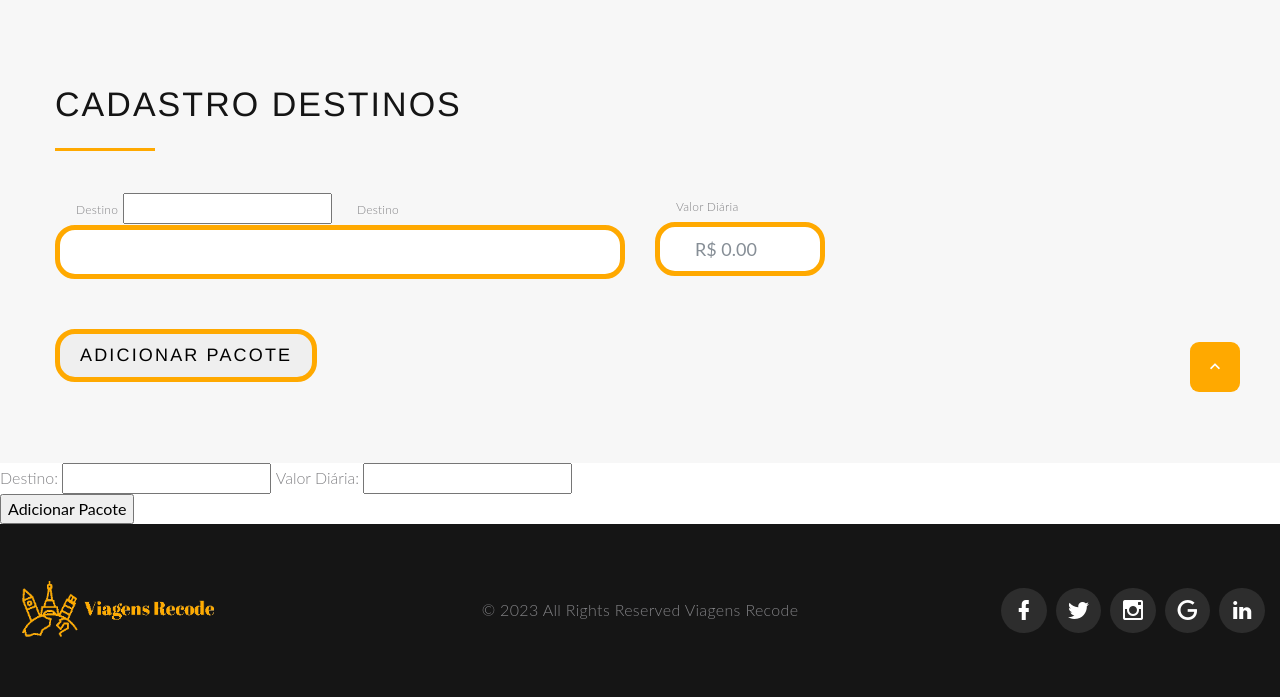
Repository: LiraS23/RecodePro2023-Modulo-4
Page: java/Modulo4/src/main/webapp/destinos.html
An editor plug-in stored every save of this project. The page is shown before and after a run of saves, followed by the edit.
The browser window is 1280 px wide. The pictures show the part of the page from y = 388 to 1089 px (the page is 1085 px tall before and 1089 px after).
Some web fonts or font styles are not loaded; a fallback is used.

Above is the page before, as saved 2023-10-28 16:24:57.

### java/Modulo4/src/main/webapp/destinos.html
<!DOCTYPE html>
<html lang="pt-br">

<head>
	<meta charset="UTF-8">
	<meta name="viewport" content="width=device-width, initial-scale=1.0">
	<title>Destinos</title>
	<link rel="icon" href="assets/images/favicon.ico" type="image/x-icon">
	<!-- Stylesheets -->
	<link rel="stylesheet" type="text/css"
		href="assets/fonts.googleapis.com/css?family=Oswald:200,400%7CLato:300,400,300italic,700%7CMontserrat:900">
	<link rel="stylesheet" href="assets/css/bootstrap.css">
	<link rel="stylesheet" href="assets/css/style.css">
	<link rel="stylesheet" href="assets/css/fonts.css">
</head>

<body>
	<div class="page">
		<header class="section page-header breadcrumbs-custom-wrap bg-gradient bg-secondary-2 novi-background bg-cover">
			<!-- RD Navbar-->
			<div class="rd-navbar-wrap rd-navbar-default">
				<nav class="rd-navbar rd-navbar-expand-lg rd-navbar-light custom-navbar" style="z-index: 1000;"
					data-layout="rd-navbar-fixed" data-sm-layout="rd-navbar-fixed" data-md-layout="rd-navbar-fixed"
					data-md-device-layout="rd-navbar-fixed" data-lg-layout="rd-navbar-fullwidth"
					data-xl-layout="rd-navbar-static" data-lg-device-layout="rd-navbar-fixed"
					data-xl-device-layout="rd-navbar-static" data-md-stick-up-offset="2px" data-lg-stick-up-offset="2px"
					data-stick-up="true" data-sm-stick-up="true" data-md-stick-up="true" data-lg-stick-up="true"
					data-xl-stick-up="true">
					<div class="rd-navbar-inner">
						<!-- RD Navbar Panel-->
						<div class="rd-navbar-panel">
							<!-- RD Navbar Toggle-->
							<button class="rd-navbar-toggle"
								data-rd-navbar-toggle=".rd-navbar-nav-wrap"><span></span></button>
							<!-- RD Navbar Brand-->
							<div class="rd-navbar-brand"><a class="brand-name" href="index.html"><img
										class="logo-default" src="assets/images/logo-default-208x46.png" alt=""
										width="208" height="46" /><img class="logo-inverse"
										src="assets/images/logo-inverse-208x46.png" alt="" width="208"
										height="46" /></a></div>
						</div>
						<div class="rd-navbar-aside-right">
							<div class="rd-navbar-nav-wrap">
								<!-- RD Navbar Nav-->
								<ul class="rd-navbar-nav">
									<li><a href="index.html">Home</a>
									</li>
									<li class="active"><a href="destinos.html">Destinos</a>
									</li>
									<li><a href="promocoes.html">Promoções</a>
									</li>
									<li><a href="contato.html">Contato</a>
									</li>
									<li><a href="cliente.html">Cliente</a>
									</li>
								</ul>
							</div>
						</div>
						<div class="rd-navbar-aside-right"><a class="button button-sm button-secondary button-nina"
								href="pedidos.html">Reserve um passeio agora</a></div>
					</div>
				</nav>
			</div>
			<!-- Breadcrumbs-->
			<section class="breadcrumbs-custom"
				style="background: url(&quot;https://png.pngtree.com/thumb_back/fw800/back_pic/03/93/99/8257e7bbd63b3ff.jpg&quot;); background-size: cover;">
				<div class="container">
					<p class="breadcrumbs-custom-subtitle">Encontre seu proximo destino!</p>
					<p class="heading-1 breadcrumbs-custom-title">Destinos</p>
				</div>
			</section>
		</header>

		<!-- Cadastro destinos-->
		<section class="section section-wrap bg-gray-lighter novi-background bg-cover">
			<div class="section-wrap-inner">
				<div class="container container-bigger">
					<div class="row">
						<div class="col">
							<div class="section section-lg">
								<h3>Cadastro destinos</h3>
								<hr class="divider divider-left divider-secondary">
								<!-- RD Mailform-->
								<form class="rd-mailform" data-form-output="form-output-global"
									data-form-type="cadastro" method="post" action="/Modulo4/MeuPacoteServlet">
									<input type="hidden" name="action" value="adicionar">
									<div class="row row-fix row-20">
										<div class="col-md-6">
											<div class="form-wrap form-wrap-validation">
												<label class="form-label-outside" for="destino">Destino</label>
												<input type="text" name="destino" required>
												<label class="form-label-outside" for="destino">Destino</label>
												<input class="form-control"
													style="border: 5px solid #FFA900; border-radius: 20px;" id="destino"
													type="text" name="destino" data-constraints="@Required" />
											</div>
										</div>
										<div class="col-md-2">
											<div class "form-wrap form-wrap-validation">
												<label class="form-label-outside" for="valorDiaria">Valor Diária</label>
												<input class="form-control"
													style="border: 5px solid #FFA900; border-radius: 20px;"
													id="valorDiaria" type="text" name="valorDiaria"
													data-constraints="@Required" placeholder="R$ 0.00" />
											</div>
										</div>
										<div class="col-sm-12 offset-custom-1">
											<div class="form-button">
												<input class="btn btn-secondary"
													style="border: 5px solid #FFA900; border-radius: 20px;"
													type="submit" value="Adicionar Pacote"></input>
											</div>
										</div>
									</div>
								</form>
							</div>
						</div>
					</div>
				</div>
			</div>
		</section>

		<form action="/Modulo4/MeuPacoteServlet" method="post">
			<input type="hidden" name="action" value="adicionar">
			<label for="destino">Destino:</label>
			<input type="text" name="destino" required>
			<label for="valorDiaria">Valor Diária:</label>
			<input type="text" name="valorDiaria" required><br>
			<input type="submit" value="Adicionar Pacote">
		</form>

		<!-- Footer Minimal-->
		<footer class="section page-footer page-footer-minimal novi-background bg-cover text-center bg-gray-darker">
			<div class="container container-wide">
				<div class="row row-fix justify-content-sm-center align-items-md-center row-30">
					<div class="col-md-10 col-lg-7 col-xl-4 text-xl-left"><a href="index.html"><img class="inverse-logo"
								src="assets/images/logo-inverse-208x46.png" alt="" width="208" height="46" /></a></div>
					<div class="col-md-10 col-lg-7 col-xl-4">
						<p class="right">&#169;&nbsp;<span class="copyright-year"></span> All Rights Reserved Viagens
							Recode
						</p>
					</div>
					<div class="col-md-10 col-lg-7 col-xl-4 text-xl-right">
						<ul class="group-xs group-middle">
							<li><a class="icon novi-icon icon-md-middle icon-circle icon-secondary-5-filled mdi mdi-facebook"
									href="#"></a></li>
							<li><a class="icon novi-icon icon-md-middle icon-circle icon-secondary-5-filled mdi mdi-twitter"
									href="#"></a></li>
							<li><a class="icon novi-icon icon-md-middle icon-circle icon-secondary-5-filled mdi mdi-instagram"
									href="#"></a></li>
							<li><a class="icon novi-icon icon-md-middle icon-circle icon-secondary-5-filled mdi mdi-google"
									href="#"></a></li>
							<li><a class="icon novi-icon icon-md-middle icon-circle icon-secondary-5-filled mdi mdi-linkedin"
									href="#"></a></li>
						</ul>
					</div>
				</div>
			</div>
		</footer>
	</div>

	<!-- Global Mailform Output-->
	<div class="snackbars" id="form-output-global"> </div>
	<!-- Javascript-->
	<script src="assets/js/core.min.js"></script>
	<script src="assets/js/script.js"></script>

</body>

</html>

Loaded but not shown: java/Modulo4/src/main/webapp/assets/css/bootstrap.css (library); java/Modulo4/src/main/webapp/assets/css/style.css (library); java/Modulo4/src/main/webapp/assets/css/fonts.css (library); java/Modulo4/src/main/webapp/assets/js/core.min.js (library); java/Modulo4/src/main/webapp/assets/js/script.js (1496 lines, source omitted)

After the next 2 saves:
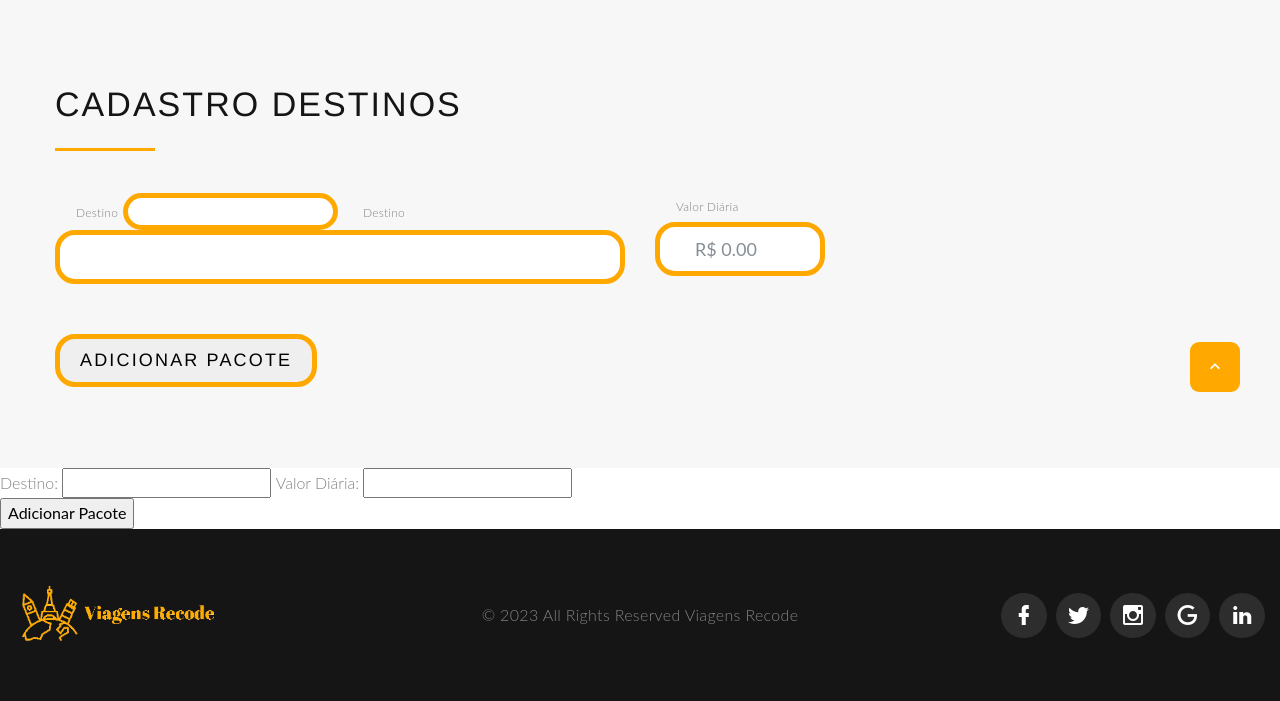
The 2 saves are shown as one change because they came seconds apart.
The last was saved 32 s later.
--- a/java/Modulo4/src/main/webapp/destinos.html
+++ b/java/Modulo4/src/main/webapp/destinos.html
@@ -88,7 +88,8 @@
 										<div class="col-md-6">
 											<div class="form-wrap form-wrap-validation">
 												<label class="form-label-outside" for="destino">Destino</label>
-												<input type="text" name="destino" required>
+												<input style="border: 5px solid #FFA900; border-radius: 20px;"
+													id="destino" type="text" name="destino" required>
 												<label class="form-label-outside" for="destino">Destino</label>
 												<input class="form-control"
 													style="border: 5px solid #FFA900; border-radius: 20px;" id="destino"
